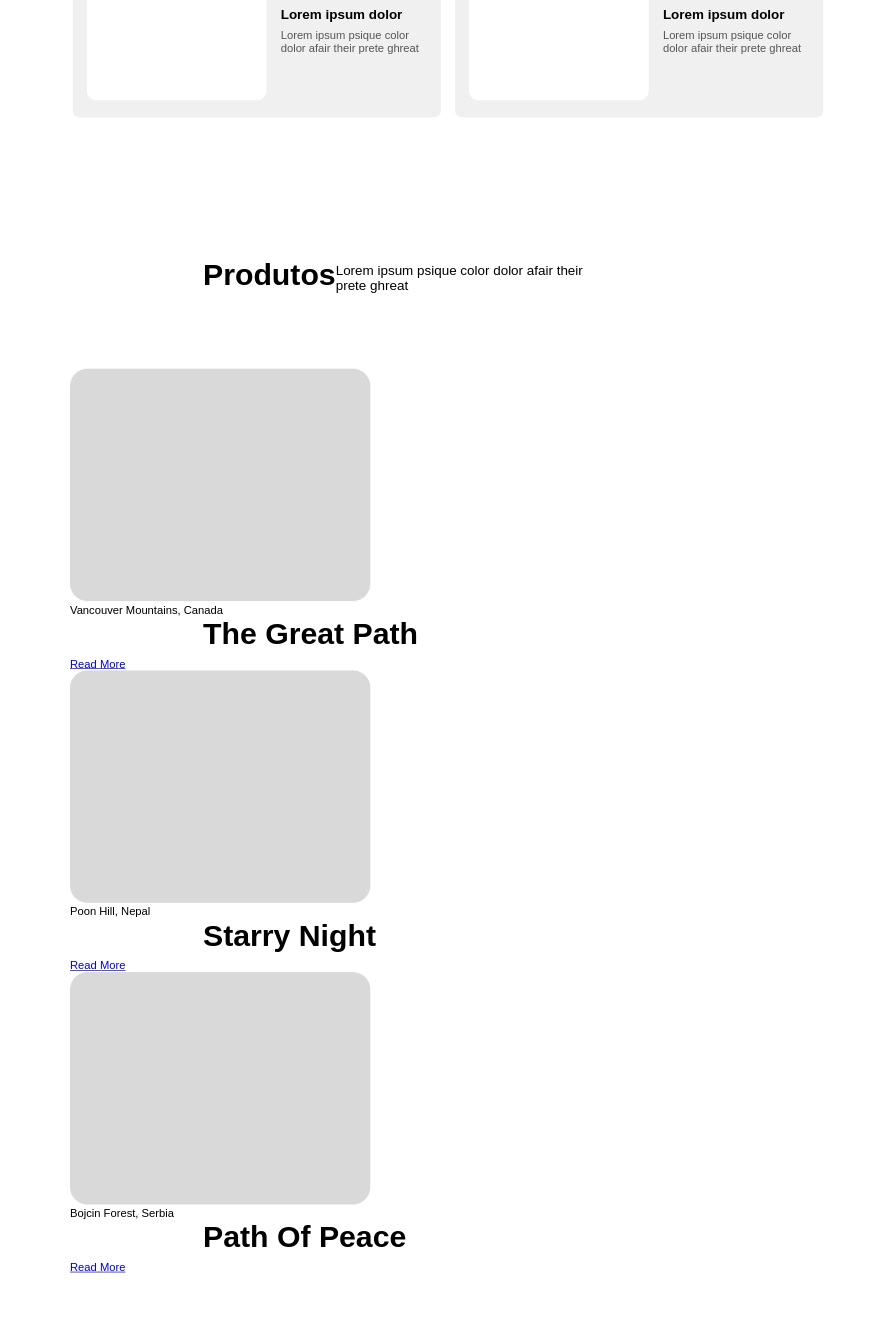
Repository: Matheus904-12/Reforma
Page: index.html
These files come from the project's save history. The page is drawn as it stood at one moment and after the next save; the edit follows.
The browser window is 1280 px wide. The pictures show the part of the page from y = 1334 to 3254 px (the page is 3254 px tall before and 1961 px after), at 70% of full size.

Above is the page before, as saved 2024-08-01 20:11:23.

After the next save:
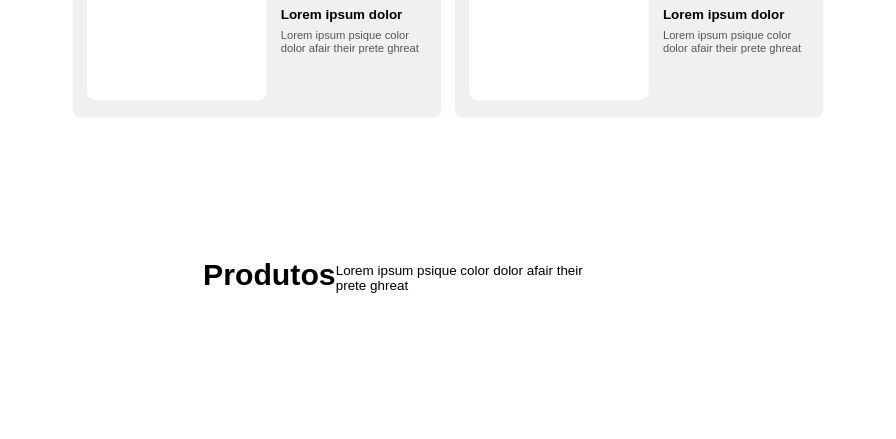
Saved 2 min 23 s later.
--- a/index.html
+++ b/index.html
@@ -65,39 +65,7 @@
             <h2>Produtos</h2>
             <p class="description2">Lorem ipsum psique color dolor afair their prete ghreat</p>
         </div>
-        <div class="container">
-            <div class="card__container">
-               <article class="card__article">
-                  <img src="imagens/Rectangle 11.png" alt="image" class="card__img">
 
-                  <div class="card__data">
-                     <span class="card__description">Vancouver Mountains, Canada</span>
-                     <h2 class="card__title">The Great Path</h2>
-                     <a href="#" class="card__button">Read More</a>
-                  </div>
-               </article>
-
-               <article class="card__article">
-                  <img src="imagens/Rectangle 11.png" alt="image" class="card__img">
-
-                  <div class="card__data">
-                     <span class="card__description">Poon Hill, Nepal</span>
-                     <h2 class="card__title">Starry Night</h2>
-                     <a href="#" class="card__button">Read More</a>
-                  </div>
-               </article>
-
-               <article class="card__article">
-                  <img src="imagens/Rectangle 11.png" alt="image" class="card__img">
-
-                  <div class="card__data">
-                     <span class="card__description">Bojcin Forest, Serbia</span>
-                     <h2 class="card__title">Path Of Peace</h2>
-                     <a href="#" class="card__button">Read More</a>
-                  </div>
-               </article>
-            </div>
-         </div>
     </section>
 </body>
 </html>
